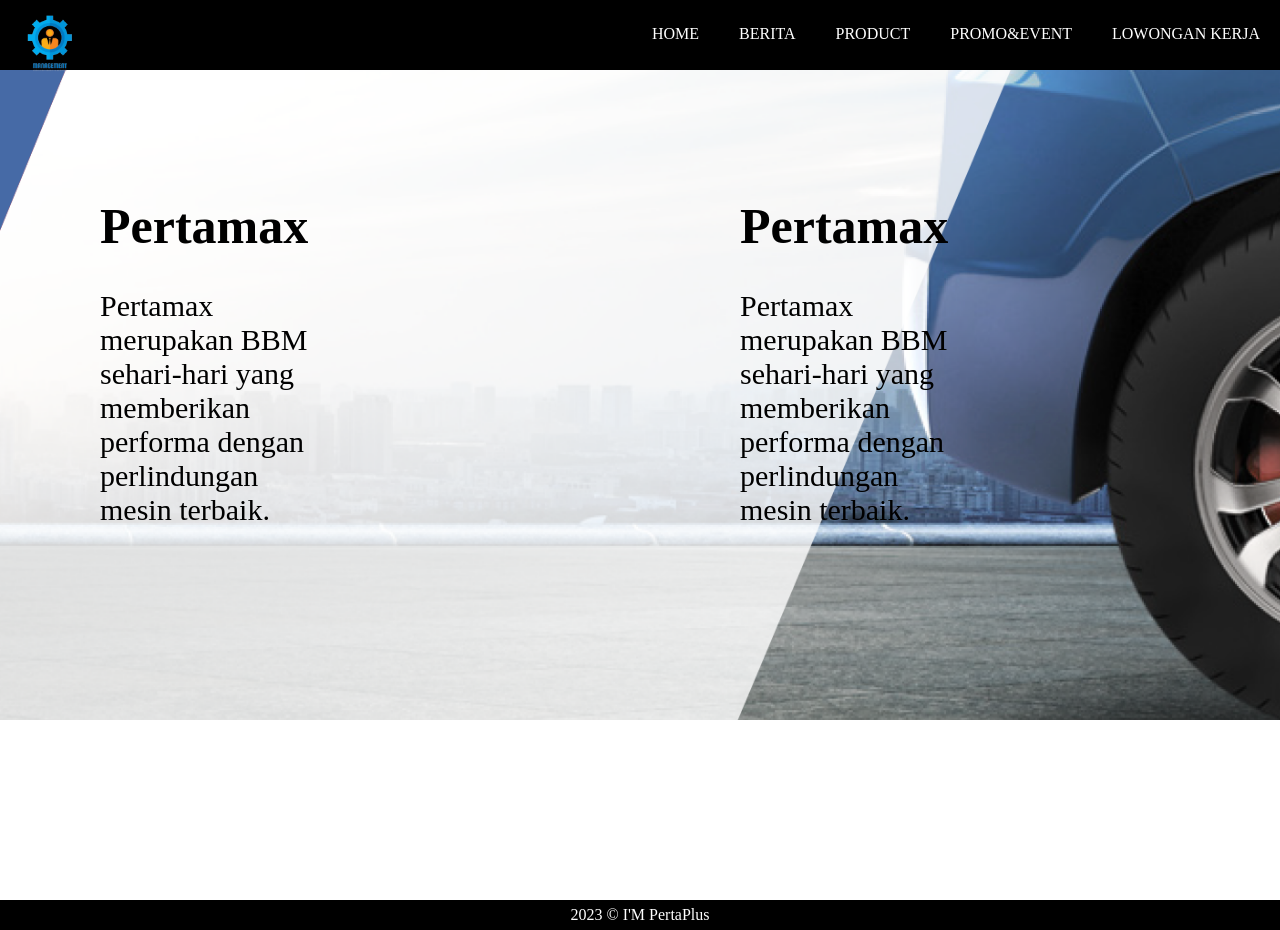
Repository: rizalardi34/project-mypertaplus
Page: pertamax.html
An editor plug-in stored every save of this project. The page is shown before and after a run of saves, followed by the edit.
The browser window is 1280 px wide. The pictures show the whole page.

Above is the page before, as saved 2023-04-25 13:10:21.

After the next 7 saves:
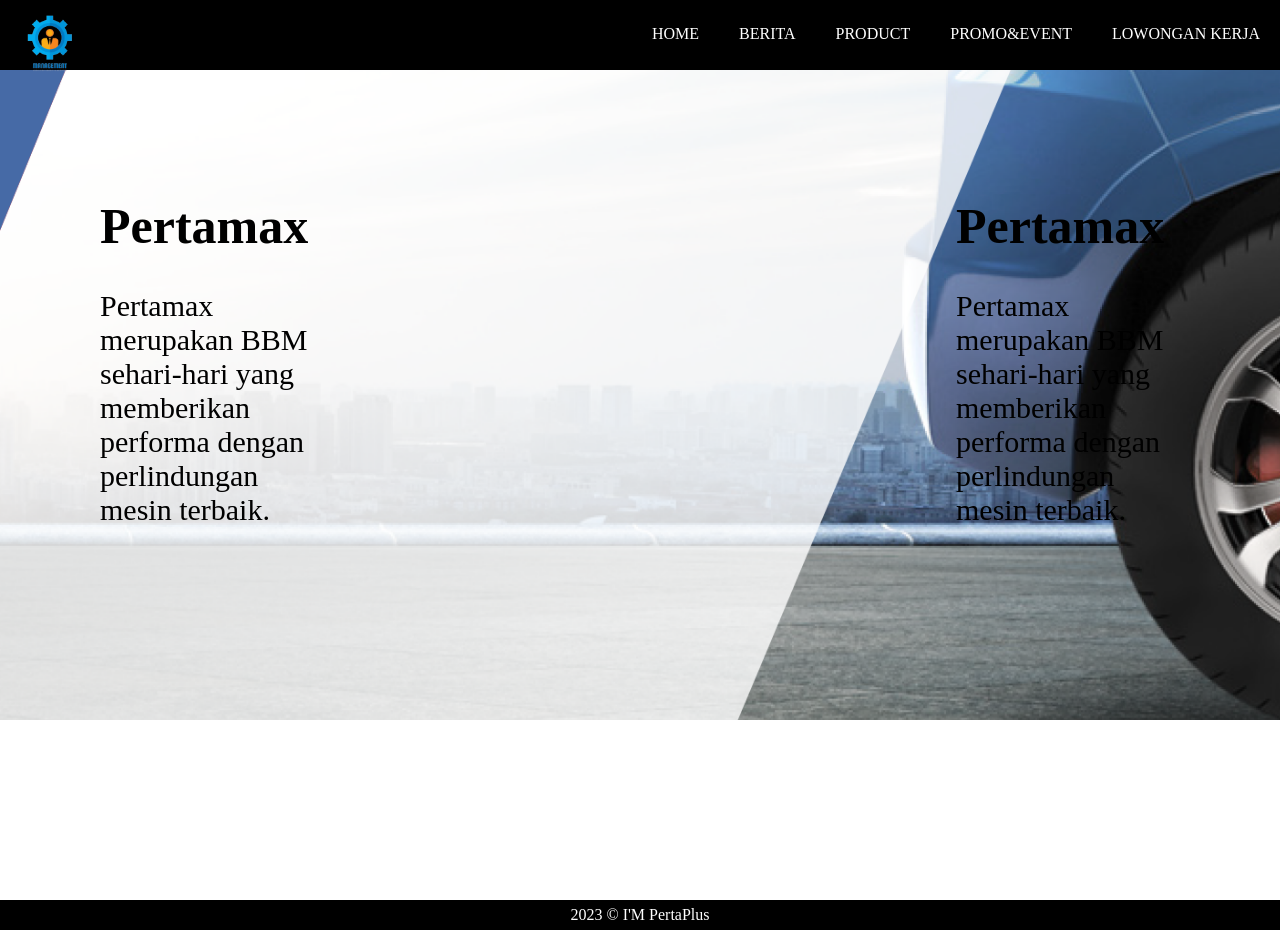
The 7 saves are shown as one change because they came seconds apart.
The last was saved 21 s later.
--- a/pertamax.html
+++ b/pertamax.html
@@ -27,6 +27,9 @@
                 </div>
                 <div style=" height: 100%; width: 100%; display: flex; justify-content: start; align-items: center; padding-left: 100px;">
                     <div style="width: 40%;">
+
+                    </div>
+                    <div style="width: 40%;">
                         <h1 style=" font-size: 50px; ">Pertamax</h1>
                         <p style=" font-size: 30px; ">Pertamax merupakan BBM sehari-hari yang memberikan performa dengan perlindungan mesin terbaik.</p>
                     </div>
